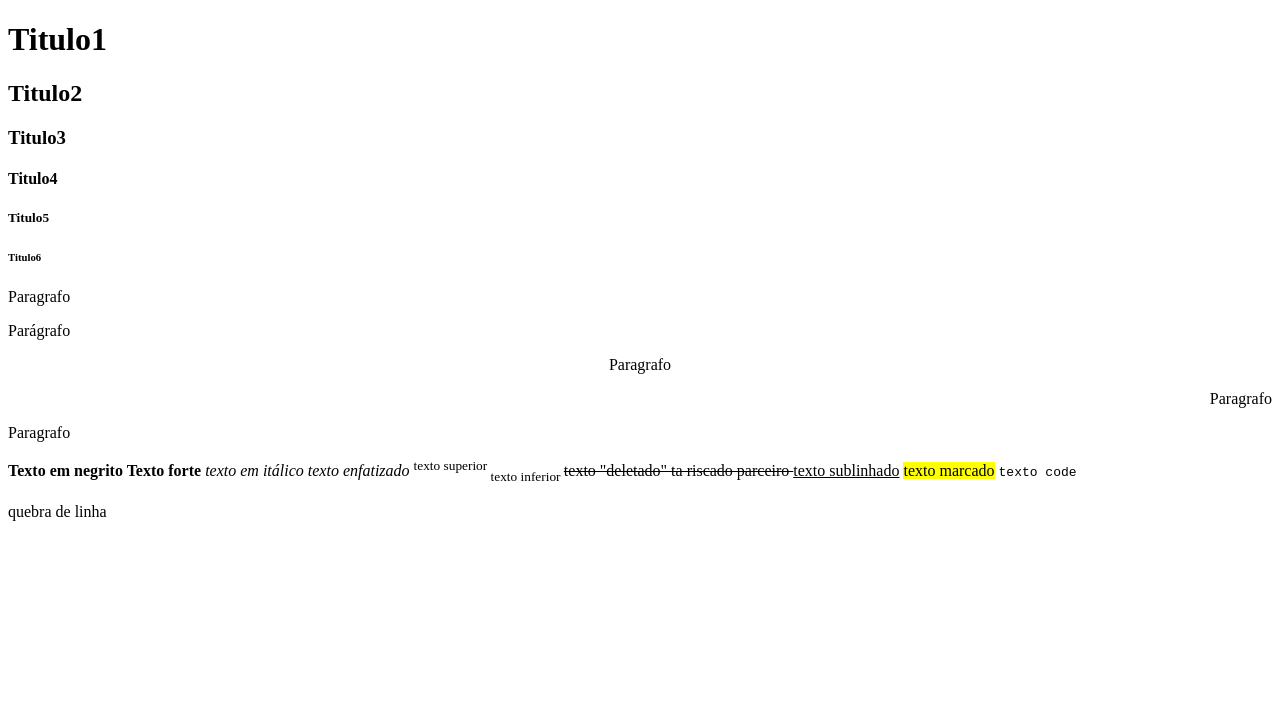
Repository: EmanuelUrbano/introducao_a_tecnologias
Page: estudos/estudo_html/index.html
These files come from the project's save history. The page is drawn as it stood at one moment and after the next save; the edit follows.
The browser window is 1280 px wide. The pictures show the whole page.

Above is the page before, as saved 2022-04-03 12:54:55.

After the next save:
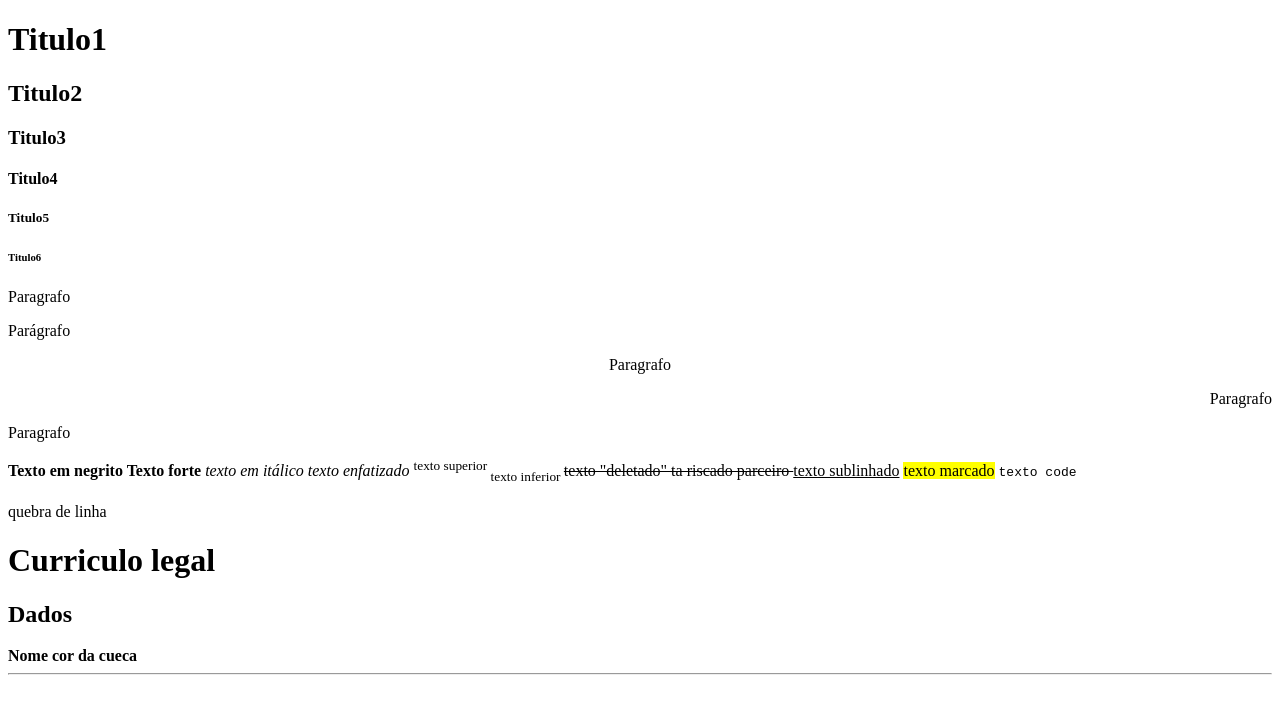
Saved 4 min 22 s later.
--- a/estudos/estudo_html/index.html
+++ b/estudos/estudo_html/index.html
@@ -33,12 +33,17 @@
         <!--comentario legal-->
 
         <!--cabeçalho curriculo e nome de quem é o curriculo-->
-
+        <h1>Curriculo legal</h1>
         <!--Seção de dados pessoais-->
+        <section>
             <!--Titulo seção-->
+            <h2>Dados</h2>
             <!--"formulário"-->
+            <b>Nome</b>
+            <b>cor da cueca</b>
+        </section>
         <!--linha de separação-->
-
+        <hr>
         <!--Seção de Habilidades e competencias-->
             <!--Titulo seção-->
             <!--Paragrafo descritivo-->
